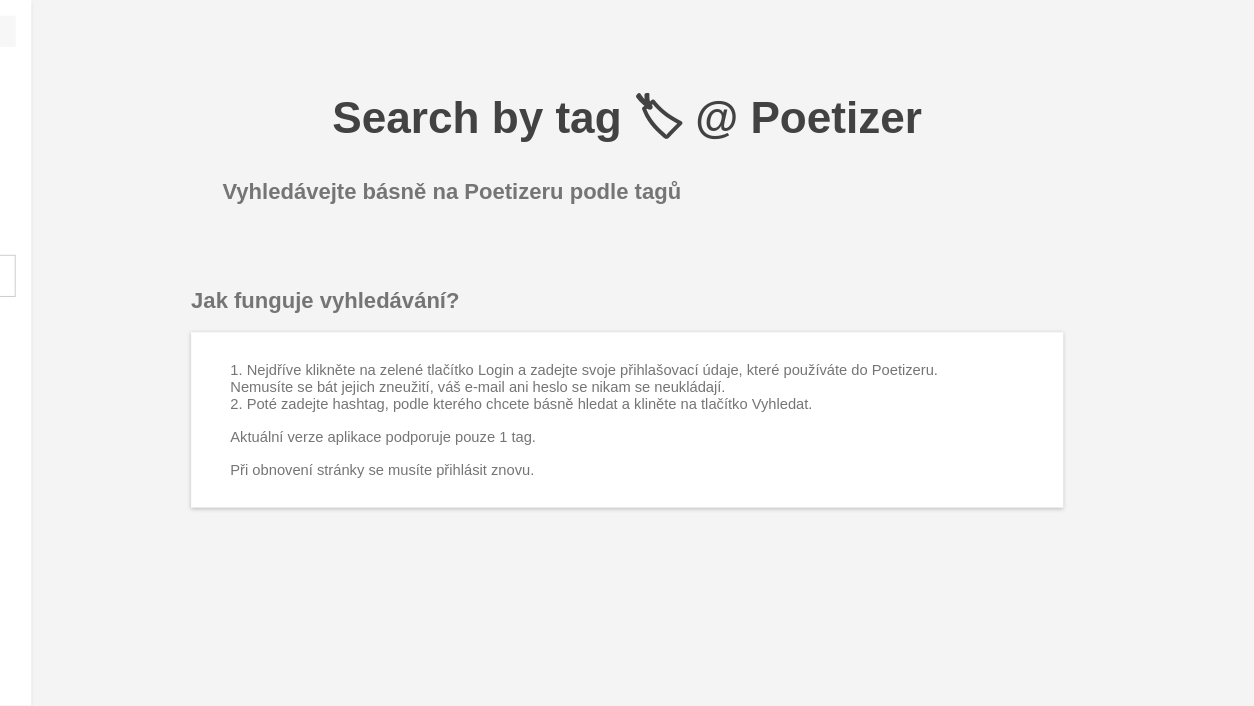
Repository: dvojitywendy/poetizer-app
Page: index.html
An editor plug-in stored every save of this project. The page is shown before and after the next save, followed by the edit.
The browser window is 1280 px wide. The pictures show the whole page, at 98% of full size.
Some web fonts or font styles are not loaded; a fallback is used.

Above is the page before, as saved 2022-02-23 09:49:21.

After the next save:
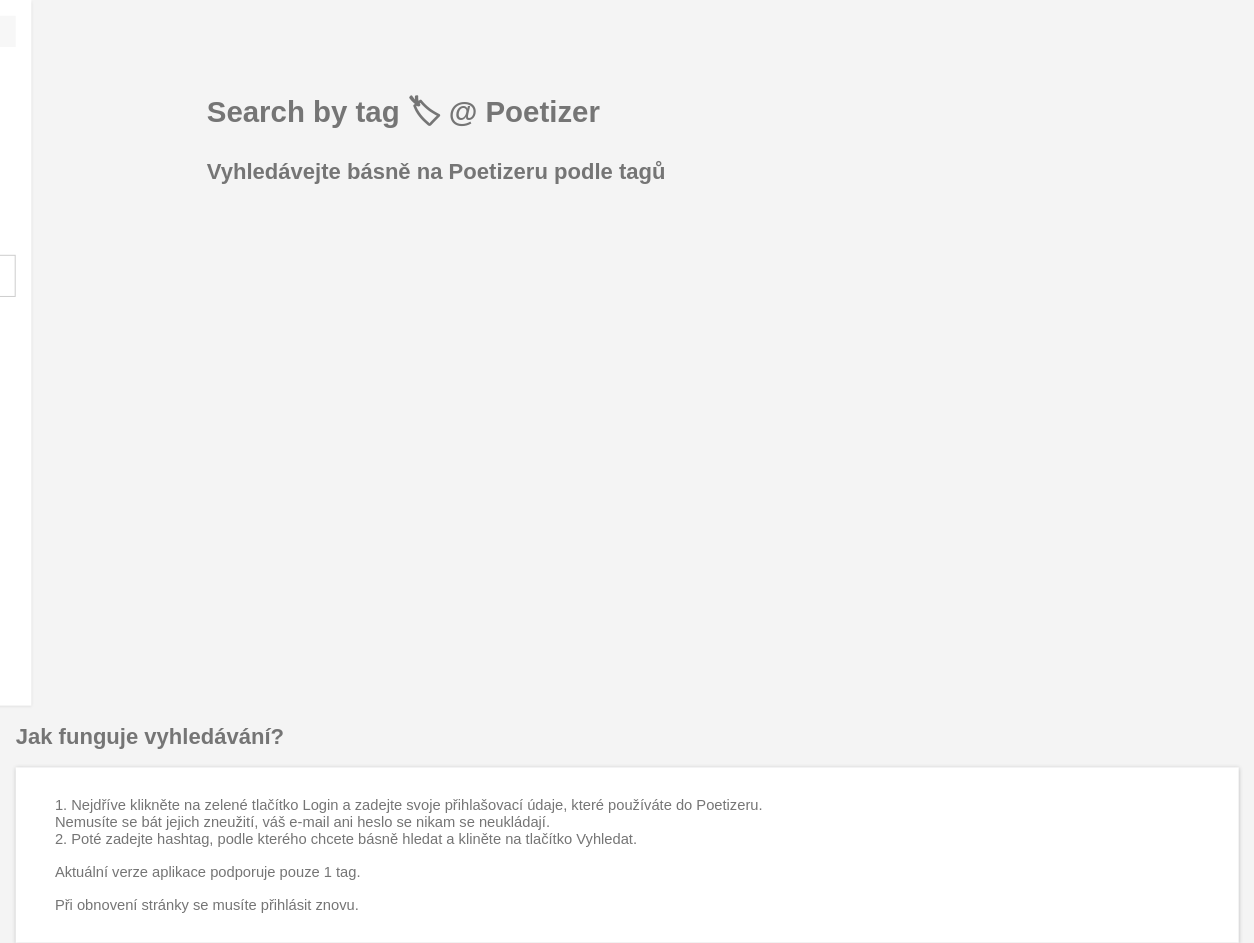
Saved 22 s later.
--- a/index.html
+++ b/index.html
@@ -31,9 +31,7 @@
           <div class="centered-top">
             <div class="clearboth"></div>
             <div class="page-name container">
-              <div class="container section" id="header" name="Header">
-                <div class="widget Header" data-version="2" id="Header1">
-                  <div class="header-widget">
+
 
                       <h1>
                         Search by tag 🏷 @ Poetizer

After the 5 saves that followed:
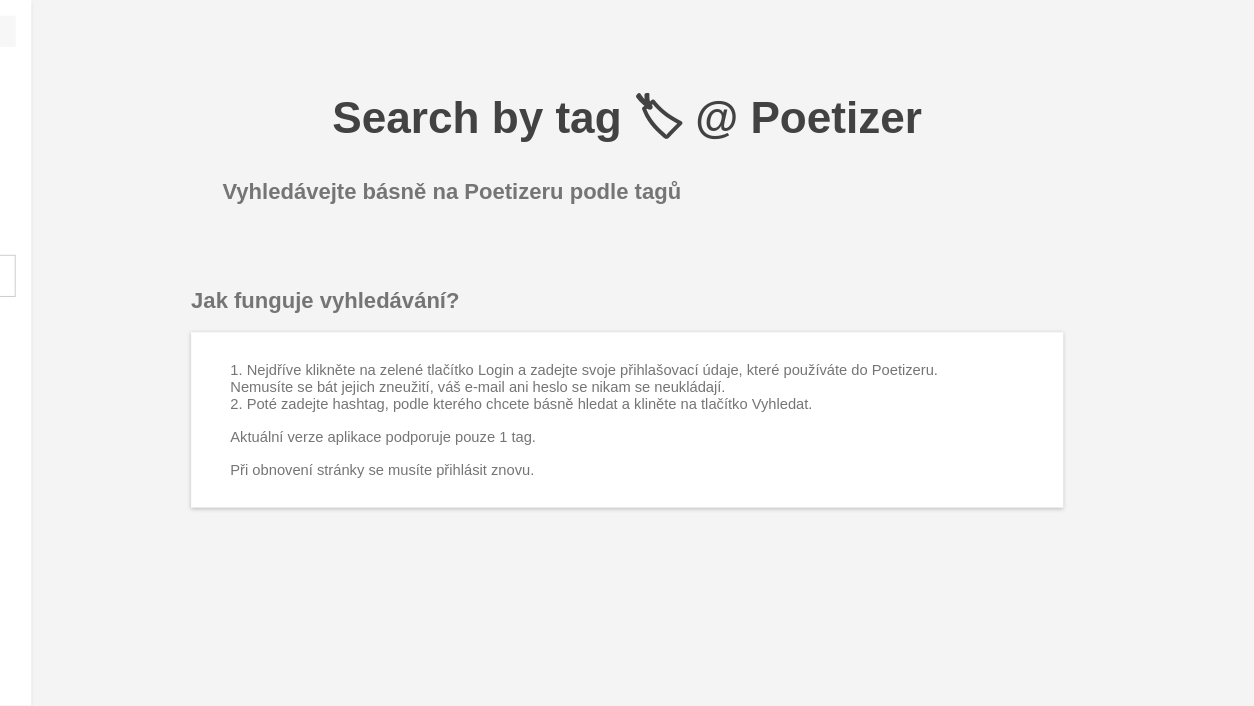
The 5 saves are shown as one change because 1 left the picture as it was and some came seconds apart.
The last was saved 28 s later.
--- a/index.html
+++ b/index.html
@@ -31,12 +31,14 @@
           <div class="centered-top">
             <div class="clearboth"></div>
             <div class="page-name container">
-
-
+              <div class="container section" id="header" name="Header">
+                <div class="widget Header" data-version="2" id="Header1">
+                  <div class="header-widget">
+                    <div>
                       <h1>
                         Search by tag 🏷 @ Poetizer
                       </h1>
-
+                    </div>
                     <h2>
                       Vyhledávejte básně na Poetizeru podle tagů
                     </h2>
